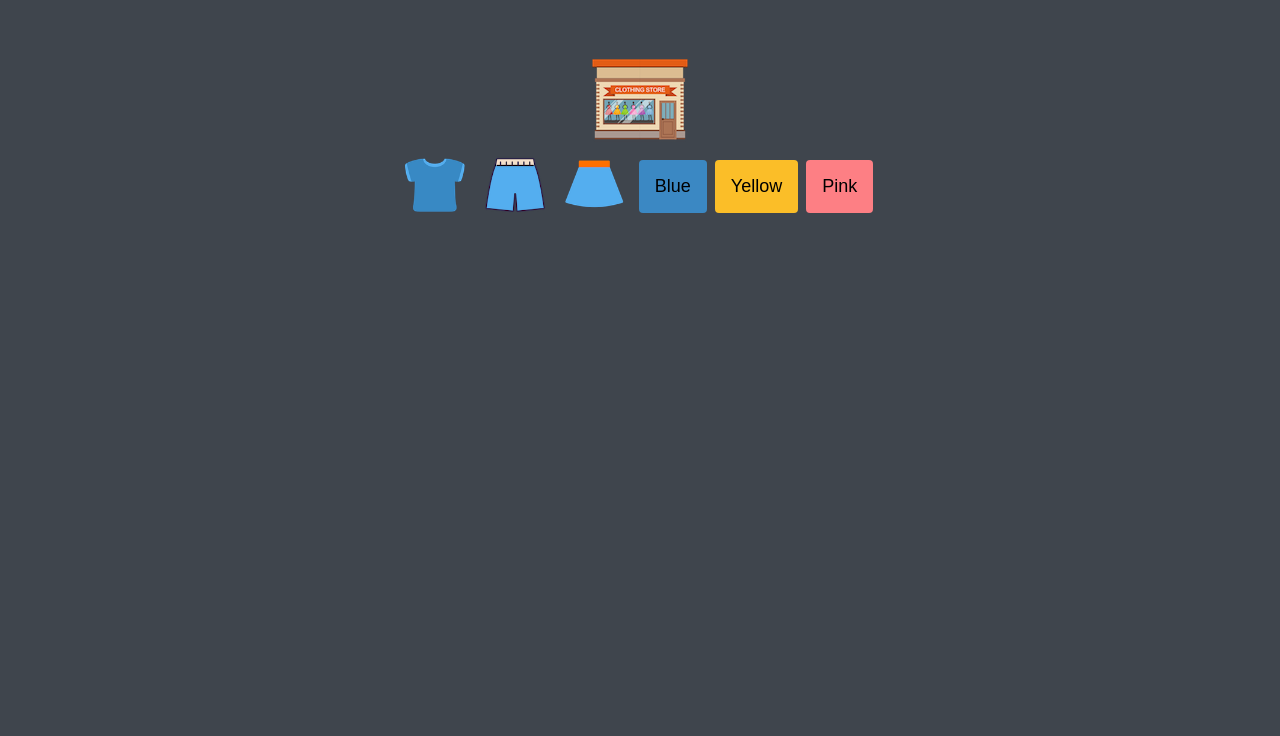
Repository: GoodHoneyCake/Dream_Coding_Academy1
Page: index.html
These files come from the project's save history. The page is drawn as it stood at one moment and after the next save; the edit follows.
The browser window is 1280 px wide. The pictures show the whole page.
An inner scrolling area shows only its first screen.

Above is the page before, as saved 2021-01-06 17:50:41.

### index.html
<!DOCTYPE html>
<html lang="en">
  <head>
    <meta charset="UTF-8" />
    <meta name="viewport" content="width=device-width, initial-scale=1.0" />
    <title>Online Shopping</title>
    <link rel="stylesheet" href="style.css" />
    <script src="src/main.js" defer></script>
  </head>
  <body>
    <!-- Logo -->
    <img src="img/logo.png" alt="Logo" class="logo" />
    <!-- Buttons -->
    <section class="buttons">
      <button class="btn">
        <img src="img/blue_t.png" alt="tshirt" class="imgBtn" />
      </button>
      <button class="btn">
        <img src="img/blue_p.png" alt="pants" class="imgBtn" />
      </button>
      <button class="btn">
        <img src="img/blue_s.png" alt="skirt" class="imgBtn" />
      </button>
      <button class="btn colorBtn blue">Blue</button>
      <button class="btn colorBtn yellow">Yellow</button>
      <button class="btn colorBtn pink">Pink</button>
    </section>
    <!-- Items -->
    <ul class="items"></ul>
  </body>
</html>

### style.css
:root {
  /* color */
  --color-black: #3f454d;
  --color-white: #ffffff;
  --color-blue: #3b88c3;
  --color-yellow: #fbbe28;
  --color-pink: #fd7f84;
  --color-light-grey: #dfdfdf;

  /* size */
  --base-space: 8px;
  --size-button: 60px;
  --size-border: 4px;
  --size-thumbnail: 50px;
  --font-size: 18px;

  /* animation */
  --animation-duration: 300ms;
}

* {
  box-sizing: border-box;
}

body {
  height: 100vh;
  background-color: var(--color-black);
  display: flex;
  flex-direction: column;
  justify-content: center;
  align-items: center;
}

.logo {
  cursor: pointer;
  transition: transform var(--animation-duration) ease;
}

.btn {
  background-color: transparent;
  border: none;
  outline: none;
  cursor: pointer;
  transition: transform var(--animation-duration) ease;
  margin-right: var(--base-space);
}

.logo:hover,
.btn:hover {
  transform: scale(1.1);
}

.buttons {
  display: flex;
  align-items: center;
}

.imgBtn {
  width: var(--size-button);
  height: var(--size-button);
}

.colorBtn {
  font-size: var(--font-size);
  padding: calc(var(--base-space) * 2);
  border-radius: var(--size-border);
}

.blue {
  background-color: var(--color-blue);
}
.yellow {
  background-color: var(--color-yellow);
}
.pink {
  background-color: var(--color-pink);
}

.items {
  width: 60%;
  height: 60%;
  list-style: none;
  padding-left: 0;
  overflow-y: scroll;
}

.item {
  background-color: var(--color-white);
  display: flex;
  align-items: center;
  padding: var(--base-space);
  margin-bottom: var(--base-space);
}

.item__thumbnail {
  width: var(--size-thumbnail);
  height: var(--size-thumbnail);
}

.item__description {
  margin-left: var(--base-space);
  font-size: var(--font-size);
}

### src/main.js
// Fetch the items from the JSON file
function loadItems() {
  return fetch("data/data.json")
    .then((response) => response.json())
    .then((json) => json.items);
}

function displayItems(items) {
  const ul = document.querySelector("ul");
  const li = document.createElement("li");
}

// main
loadItems()
  .then((items) => {
    console.log(items);
    displayItems(items);
    // setEventListeners(items);
  })
  .catch(console.log);

### data/data.json
{
  "items": [
    {
      "type": "tshirt",
      "gender": "unisex",
      "size": "free",
      "color": "pink",
      "image": "../img/pink_t.png"
    },
    {
      "type": "pants",
      "gender": "unisex",
      "size": "free",
      "color": "pink",
      "image": "../img/pink_p.png"
    },
    {
      "type": "skirt",
      "gender": "unisex",
      "size": "free",
      "color": "pink",
      "image": "../img/pink_s.png"
    },
    {
      "type": "tshirt",
      "gender": "unisex",
      "size": "free",
      "color": "blue",
      "image": "../img/blue_t.png"
    },
    {
      "type": "pants",
      "gender": "unisex",
      "size": "free",
      "color": "blue",
      "image": "../img/blue_p.png"
    },
    {
      "type": "skirt",
      "gender": "unisex",
      "size": "free",
      "color": "blue",
      "image": "../img/blue_s.png"
    },
    {
      "type": "tshirt",
      "gender": "unisex",
      "size": "free",
      "color": "yellow",
      "image": "../img/yellow_t.png"
    },
    {
      "type": "pants",
      "gender": "unisex",
      "size": "free",
      "color": "yellow",
      "image": "../img/yellow_p.png"
    },
    {
      "type": "skirt",
      "gender": "unisex",
      "size": "free",
      "color": "yellow",
      "image": "../img/yellow_s.png"
    }
  ]
}

After the next save:
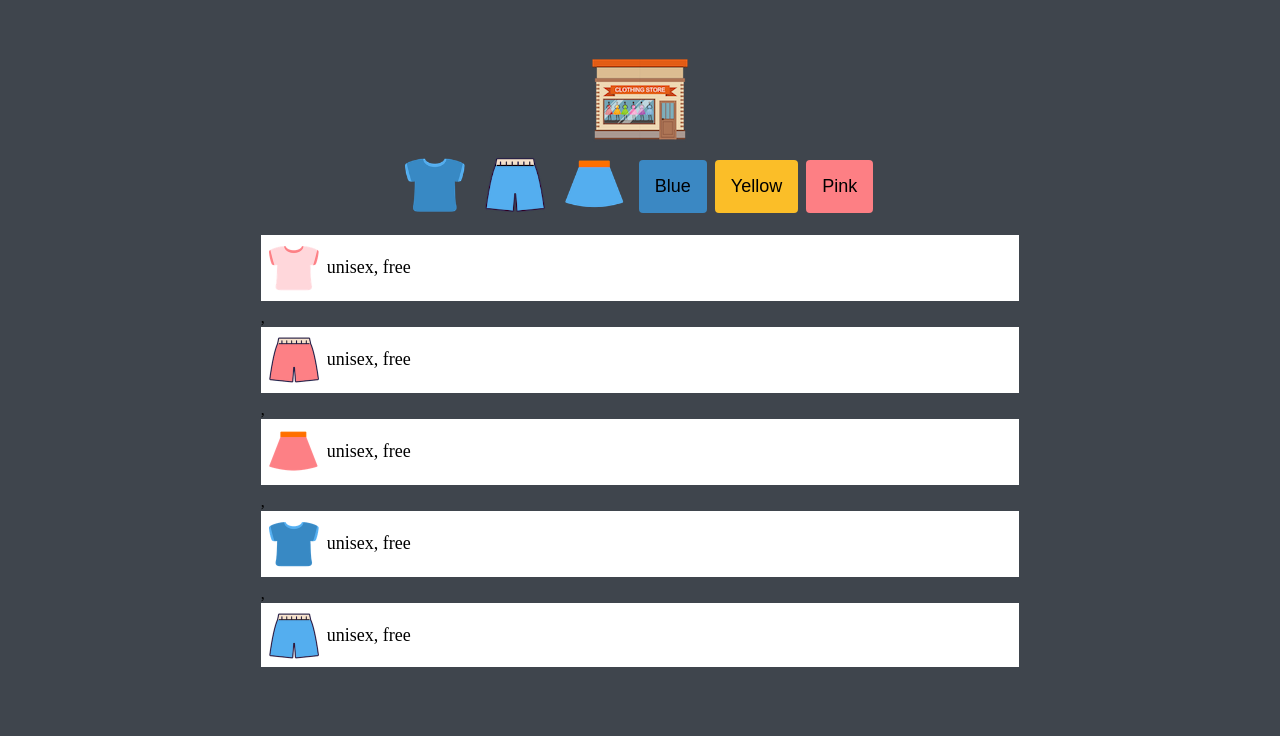
Saved 2 min 4 s later.
--- a/src/main.js
+++ b/src/main.js
@@ -6,8 +6,17 @@
 }
 
 function displayItems(items) {
-  const ul = document.querySelector("ul");
-  const li = document.createElement("li");
+  const container = document.querySelector(".items");
+  container.innerHTML = items.map((item) => createHTMLString(item));
+}
+
+function createHTMLString(item) {
+  return `
+    <li class="item">
+        <img src="${item.image}" alt="${item.type}" class="item__thumbnail" />
+        <span class="item__description">${item.gender}, ${item.size}</span>
+      </li>
+    `;
 }
 
 // main

After the 2 saves that followed:
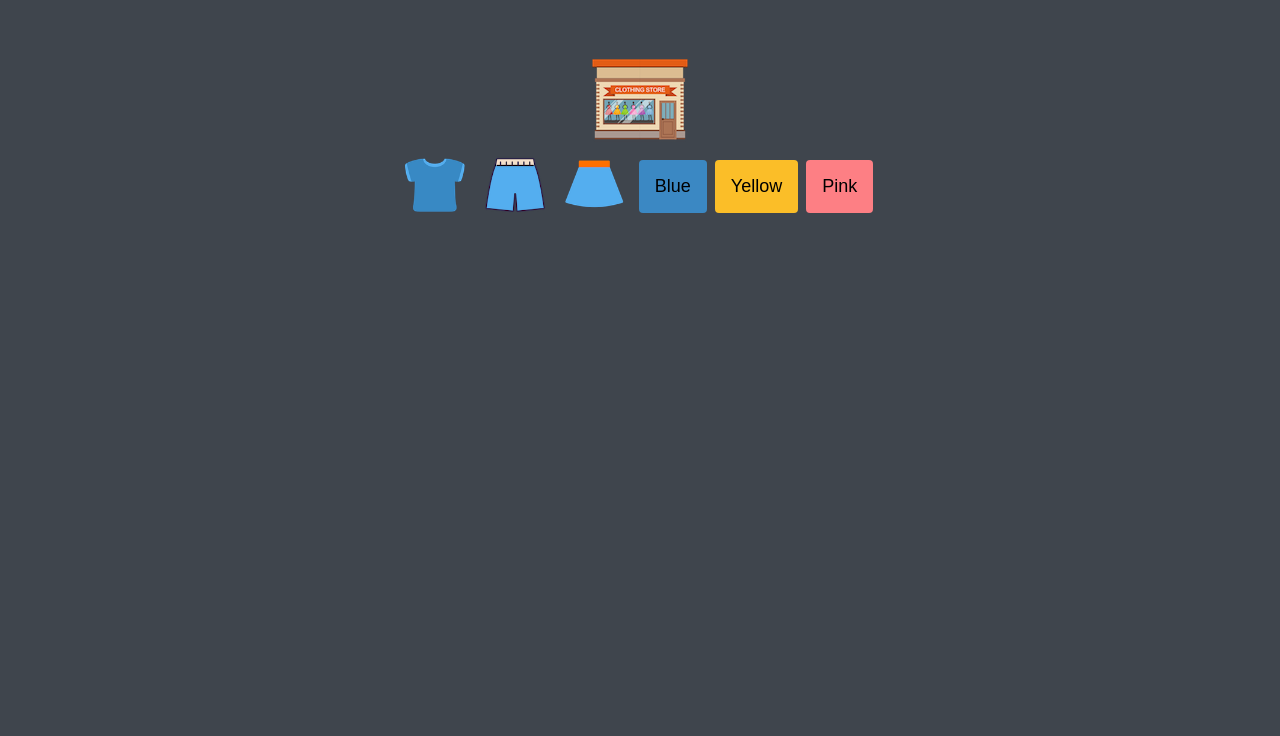
The 2 saves are shown as one change because 1 left the picture as it was.
The last was saved 58 s later.
--- a/src/main.js
+++ b/src/main.js
@@ -7,7 +7,7 @@
 
 function displayItems(items) {
   const container = document.querySelector(".items");
-  container.innerHTML = items.map((item) => createHTMLString(item));
+  container.innerHTML = items.map((item) => createHTMLString(item).join(""));
 }
 
 function createHTMLString(item) {
@@ -22,7 +22,6 @@
 // main
 loadItems()
   .then((items) => {
-    console.log(items);
     displayItems(items);
     // setEventListeners(items);
   })
